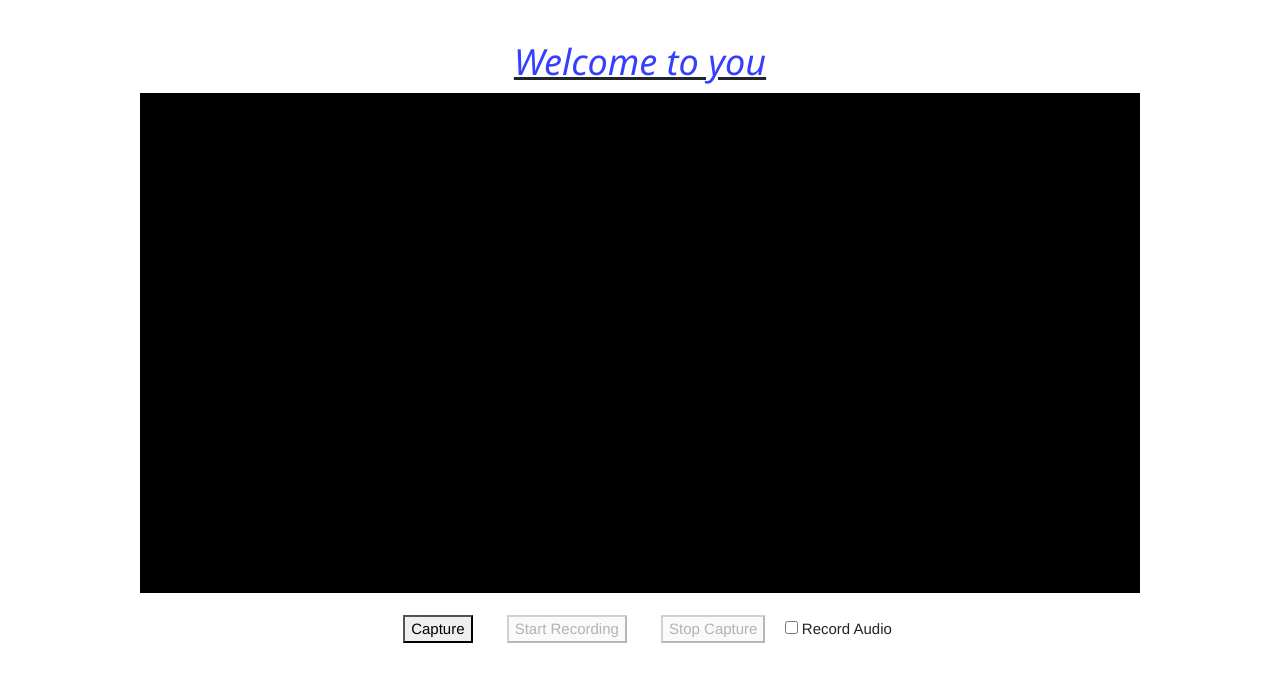
Repository: santiljanomalaj/recording_youtube
Page: index.html
The author's editor kept a copy of each file at every save. The page is drawn from the files as they stood at one save, then again after the next save.
The browser window is 1280 px wide. The pictures show the whole page.

Above is the page before, as saved 2020-04-29 18:33:18.

After the next save:
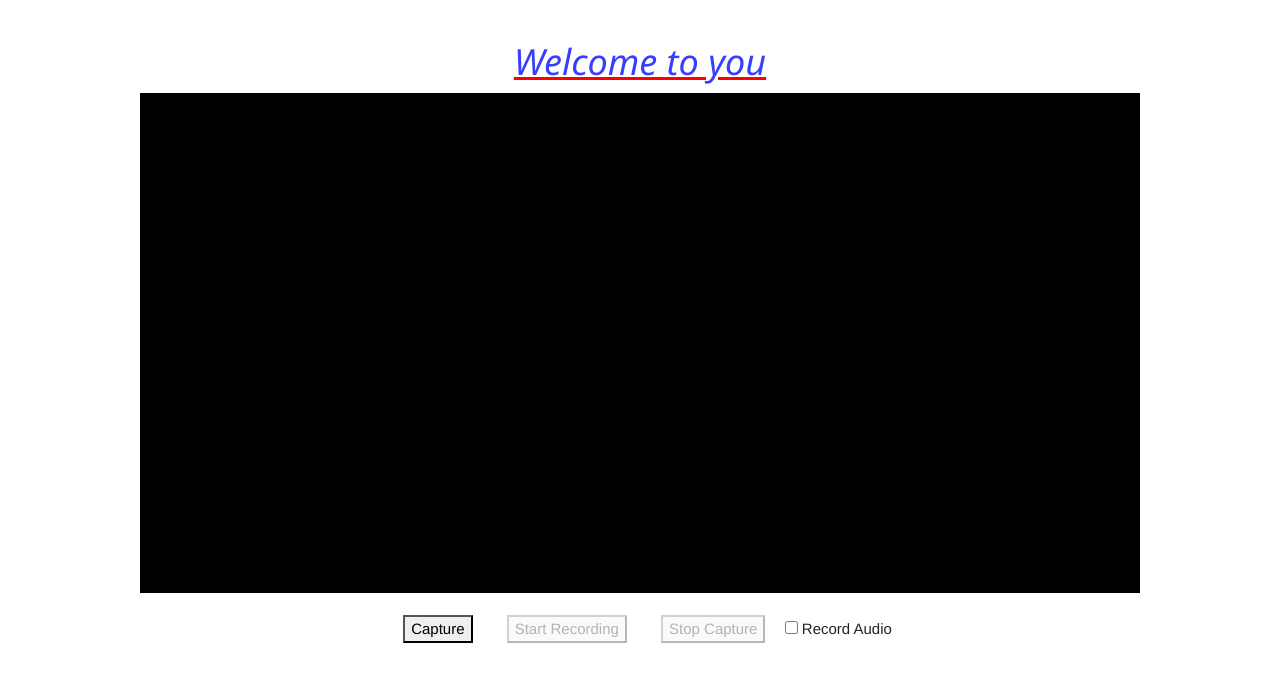
Saved 21 s later.
--- a/index.html
+++ b/index.html
@@ -25,7 +25,7 @@
   <body>
     <center>
       <div class="w3-container w3-tangerine">
-        <u><h1 class="w3-xxlarge">Welcome to you</h1></u>
+        <u style="color: red;"><h1 class="w3-xxlarge">Welcome to you</h1></u>
       </div>
       <p id="warning">
         Enable chrome://flags/#enable-experimental-web-platform-features
